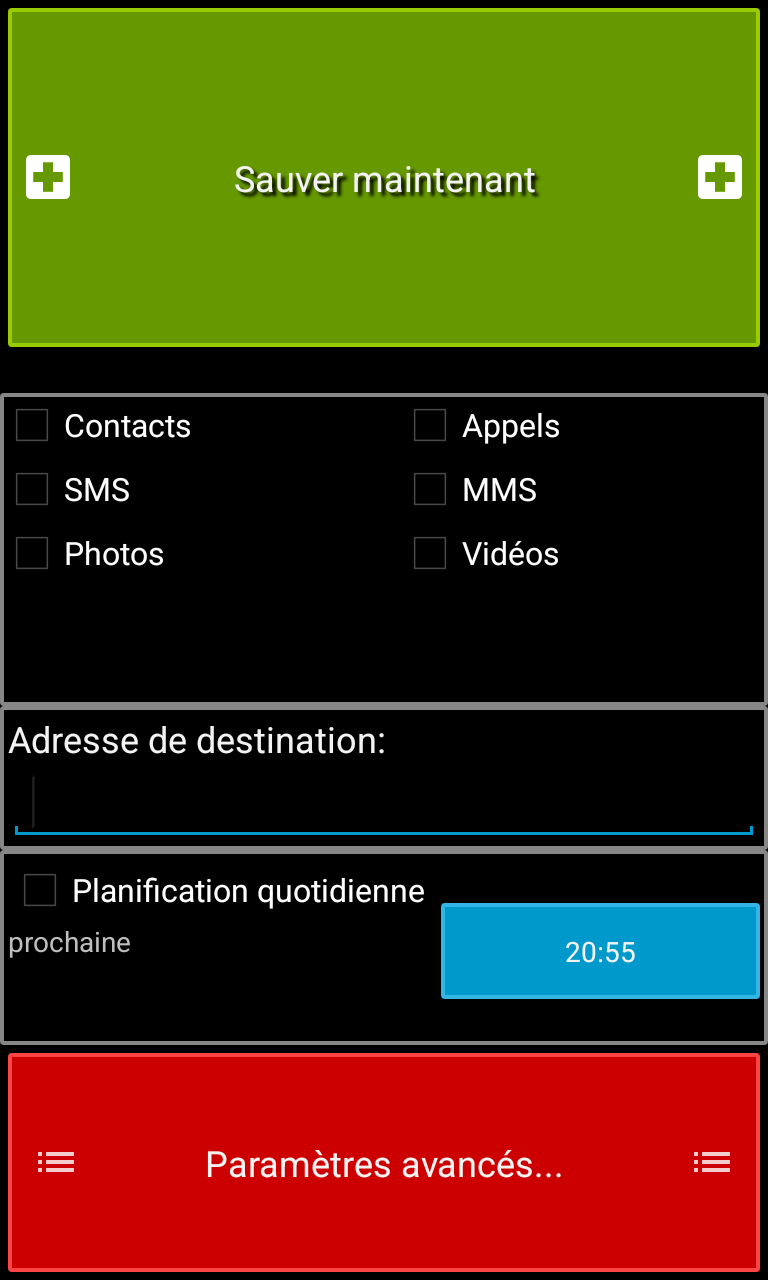
Repository: lu1u/Android
Layout: Sauvegarde/res/layout/activity_main.xml
These files come from the project's save history. The layout is drawn as it stood at one moment and after the next save; the edit follows.
It is drawn on a 768 x 1280 px phone screen (xhdpi) without system bars, with theme android:Theme.Holo; the app's code is not run.

Above is the layout before, as saved 2015-10-30 20:53:07.

### Sauvegarde/res/layout/activity_main.xml
<?xml version="1.0" encoding="utf-8"?>
            <LinearLayout xmlns:android="http://schemas.android.com/apk/res/android"
                android:layout_width="fill_parent"
                android:layout_height="fill_parent"
                android:layout_gravity="center_vertical|center_horizontal"
                android:animateLayoutChanges="true"
                android:baselineAligned="false"
                android:dividerPadding="8dp"
                android:gravity="fill_vertical|fill_horizontal"
                android:orientation="vertical" >

            <Button
                android:id="@+id/buttonSaveNow"
                android:layout_width="fill_parent"
                android:layout_height="wrap_content"
                android:layout_margin="4dp"
                android:layout_weight="0.4"
                android:background="@drawable/buttonshape_vert"
                android:drawableLeft="@drawable/ic_stat_sauvegarde"
                android:drawablePadding="4dp"
                android:drawableRight="@drawable/ic_stat_sauvegarde"
                android:onClick="onClickSaveNow"
                android:padding="8dp"
                android:shadowColor="#000"
                android:shadowDx="4"
                android:shadowDy="4"
                android:shadowRadius="2"
                android:text="@string/btn_sauver_maintenant" />

            <TextView
                android:id="@+id/textViewDerniereSauvegarde"
                android:layout_width="wrap_content"
                android:layout_height="wrap_content"
                android:ellipsize="marquee"
                android:text=" " />

            <TableLayout
                android:layout_width="match_parent"
                android:layout_height="wrap_content"
                android:layout_weight="0.2"
                android:background="@drawable/background" >

                <TableRow
                    android:id="@+id/tableRow1"
                    android:layout_width="wrap_content"
                    android:layout_height="wrap_content"
                    android:layout_gravity="fill" >

                    <CheckBox
                        android:id="@+id/checkBoxContacts"
                        android:layout_width="wrap_content"
                        android:layout_height="wrap_content"
                        android:layout_weight="0.5"
                        android:text="Contacts" />

                    <CheckBox
                        android:id="@+id/checkBoxJournalTelephone"
                        android:layout_width="wrap_content"
                        android:layout_height="wrap_content"
                        android:layout_weight="0.5"
                        android:text="Appels" />

                </TableRow>

                <TableRow
                    android:id="@+id/tableRow2"
                    android:layout_width="fill_parent"
                    android:layout_height="wrap_content"
                    android:layout_gravity="fill"
                    android:showDividers="middle" >

                    <CheckBox
                        android:id="@+id/checkBoxSMS"
                        android:layout_width="wrap_content"
                        android:layout_height="wrap_content"
                        android:layout_weight="0.5"
                        android:longClickable="true"
                        android:text="SMS" />

                    <CheckBox
                        android:id="@+id/checkBoxMMS"
                        android:layout_width="wrap_content"
                        android:layout_height="wrap_content"
                        android:layout_weight="0.5"
                        android:longClickable="true"
                        android:text="MMS" />

                </TableRow>

                <TableRow
                    android:id="@+id/tableRow3"
                    android:layout_width="fill_parent"
                    android:layout_height="wrap_content" >

                    <CheckBox
                        android:id="@+id/checkBoxPhotos"
                        android:layout_width="wrap_content"
                        android:layout_height="wrap_content"
                        android:longClickable="true"
                        android:layout_weight="0.5"
                        android:text="Photos" />

                    <CheckBox
                        android:id="@+id/checkBoxVideo"
                        android:layout_width="wrap_content"
                        android:layout_height="wrap_content"
                        android:longClickable="true"
                        android:layout_weight="0.5"
                        android:text="Vidéos" />

                </TableRow>
            </TableLayout>

            <LinearLayout
                android:layout_width="match_parent"
                android:layout_height="wrap_content"
                android:background="@drawable/background"
                android:orientation="vertical"
                android:padding="4dp" >

                <TextView
                    android:id="@+id/textViewNotification"
                    android:layout_width="wrap_content"
                    android:layout_height="wrap_content"
                    android:hint="(l&apos;adresse ou seront envoyés les mails)"
                    android:text="Adresse de destination:"
                    android:textAppearance="?android:attr/textAppearanceMedium" />

                <AutoCompleteTextView
                    android:id="@+id/editTextDestAddress"
                    android:layout_width="match_parent"
                    android:layout_height="wrap_content"
                    android:ems="10"
                    android:inputType="textEmailAddress" >

                    <requestFocus />
                </AutoCompleteTextView>
            </LinearLayout>

            <LinearLayout
                android:layout_width="match_parent"
                android:layout_height="wrap_content"
                android:layout_gravity="center_vertical|fill_horizontal"
                android:layout_weight="0.15"
                android:background="@drawable/background"
                android:gravity="center_vertical"
                android:orientation="horizontal"
                android:paddingLeft="4dp"
                android:paddingRight="4dp"
                android:paddingTop="4dp" >

                <LinearLayout
                    android:layout_width="wrap_content"
                    android:layout_height="fill_parent"
                    android:orientation="vertical" >

                    <CheckBox
                        android:id="@+id/checkBoxSauvegardeAuto"
                        android:layout_width="wrap_content"
                        android:layout_height="wrap_content"
                        android:onClick="onClickSauvegardeAuto"
                        android:text="Planification quotidienne" />

                    <TextView
                        android:id="@+id/textViewProchaineSauvegarde"
                        android:layout_width="wrap_content"
                        android:layout_height="wrap_content"
                        android:ellipsize="marquee"
                        android:text="prochaine"
                        android:textAppearance="?android:attr/textAppearanceSmall" />

                </LinearLayout>

                <Button
                    android:id="@+id/buttonHeure"
                    style="?android:attr/buttonStyleSmall"
                    android:layout_width="fill_parent"
                    android:layout_height="wrap_content"
                    android:layout_marginLeft="8dp"
                    android:background="@drawable/buttonshape_bleu"
                    android:minWidth="96dp"
                    android:onClick="onClickHeureSauvegarde"
                    android:text="20:55" />

            </LinearLayout>

            <LinearLayout
                android:layout_width="match_parent"
                android:layout_height="wrap_content"
                android:layout_weight="0.2"
                android:orientation="vertical" >

                <Button
                    android:id="@+id/button2"
                    android:layout_width="fill_parent"
                    android:layout_height="wrap_content"
                    android:layout_margin="4dp"
                    android:layout_weight="0.2"
                    android:background="@drawable/buttonshape_rouge"
                    android:drawableLeft="@drawable/ic_action_avances"
                    android:drawablePadding="4dp"
                    android:drawableRight="@drawable/ic_action_avances"
                    android:minHeight="32dp"
                    android:onClick="onClickParametresAvances"
                    android:padding="8dp"
                    android:text="Paramètres avancés..." />

            </LinearLayout>

        </LinearLayout>

### Sauvegarde/res/drawable/buttonshape_vert.xml
<?xml version="1.0" encoding="utf-8"?>
<shape xmlns:android="http://schemas.android.com/apk/res/android" android:shape="rectangle" >
    <corners android:radius="1dp" />

    <solid android:color="@color/vertfonce" />

    <padding
        android:bottom="0dp"
        android:left="0dp"
        android:right="0dp"
        android:top="0dp" />


    <stroke
        android:width="2dp"
        android:color="@color/vertclair" />
</shape>

### Sauvegarde/res/values/strings.xml
<?xml version="1.0" encoding="utf-8"?>
<resources>

    <string name="app_name">Sauvegarde</string>
    <string name="non_connecte_wifi">Non connecté au WIFI: sauvegarde annulée</string>

    <string name="compte_mail_envoi">Compte mail pour l\'envoi</string>
    <string name="infos_compte_incorrectes">Informations de compte incorrectes</string>
    <string name="debut_sauvegarde">Début de la sauvegarde</string>
    <string name="sauvegarde_terminee">Sauvegarde terminée</string>
    <string name="sauvegarde_contacts">Contacts</string>
    <string name="sauve_sms">Messages SMS</string>
    <string name="sauve_mms">Messages MMS</string>
   <string name="sauve_appels">Messages appels téléphoniques</string>
    <string name="sauve_photos">Photos</string>
    <string name="sauve_videos">Vidéos</string>
    <string name="sauvegarde_auto_desactivee">Sauvegarde automatique désactivée</string>
    <string name="sauvegarde_auto_programmee">Prochaine sauvegarde: %s</string>
    <string name="pas_de_nouveau_contact">Pas de nouveau contact à sauvegarder</string>
    <string name="pas_de_nouveau_sms">Pas de nouveau SMS à sauvegarder</string>
     <string name="pas_de_nouveau_appel">Pas de nouveau appel à sauvegarder</string>
    <string name="pas_de_nouveau_mms">Pas de nouveau MMS à sauvegarder</string>
    <string name="pas_de_nouvelle_photo">Pas de nouvelle photo à sauvegarder</string>
    <string name="pas_de_nouvelle_video">Pas de nouveau vidéo à sauvegarder</string>
    <string name="sauvegarde_ignoree_contact">La sauvegarde des contacts est ignorée</string>
    <string name="sauvegarde_ignoree_appels">La sauvegarde des appels est ignorée</string>
    <string name="sauvegarde_ignoree_sms">La sauvegarde des SMS est ignorée</string>
    <string name="sauvegarde_ignoree_mms">La sauvegarde des MMS est ignorée</string>
    <string name="sauvegarde_ignoree_photos">La sauvegarde des photos est ignorée</string>
    <string name="sauvegarde_ignoree_videos">La sauvegarde des vidéos est ignorée</string>
    <string name="sauvegardes_contact">%d contacts sauvegardés</string>
    <string name="sauvegardes_sms">%d SMS sauvegardés</string>
    <string name="sauvegardes_mms">%d MMS sauvegardés</string>
    <string name="sauvegardes_appels">%d appels sauvegardés</string>
    <string name="sauvegardes_photos">%d photos sauvegardées</string>
    <string name="sauvegardes_videos">%d vidéos sauvegardées</string>
    <string name="sauvegarde_annulee">Sauvegarde annulée</string>
    <string name="sauvegarde_en_cours_contact">Sauvegarde du contact %1$d / %2$d</string>
    <string name="sauvegarde_en_cours_sms">Sauvegarde du message %1$d / %2$d</string>
    <string name="sauvegarde_en_cours_mms">Sauvegarde du message %1$d / %2$d</string>
    <string name="sauvegarde_en_cours_appels">Sauvegarde de l\'appel %1$d / %2$d</string>
    <string name="sauvegarde_en_cours_photo">Sauvegarde de la photo %1$d / %2$d</string>
    <string name="sauvegarde_en_cours_video">Sauvegarde de la vidéo %1$d / %2$d</string>
	<string name="sujet_contact">[Sauvegarde Auto] Contacts</string>
	<string name="sujet_sms_recu">[Sauvegarde Auto] SMS reçu de %s</string>
	<string name="sujet_sms_envoye">[Sauvegarde Auto] SMS envoyé à %s</string>
	<string name="sujet_sms_inconnu">[Sauvegarde Auto] SMS %s</string>
	<string name="sujet_mms_inconnu">[Sauvegarde Auto] MMS %s</string>
	<string name="sujet_photo">[Sauvegarde Auto] Photo %1$s, %2$s</string>
	<string name="sujet_video">[Sauvegarde Auto] Vidéo %s</string>
	<string name="message_fin_mail">\nCe mail vous a été envoyé par l\'application android Sauvegarde.\n&#169;Lucien Pilloni 2015</string>
	<string name="envoi_contacts">Envoi du mail des contacts&#8230;</string>
	<string name="mms_addresse">Adresse: %s\n</string>
	<string name="mms_date">Date: %s\n</string>
	<string name="mms_filename">MMS_Part_%1$s.%2$s</string>
	<string name="mail_nom_photo">Nom %s\n</string>
	<string name="mail_nom_video">Nom %s\n</string>

	<string name="mail_description_photo">Description %s\n</string>
	<string name="mail_description_video">Description %s\n</string>

	<string name="mail_date_taken_photo">Date de prise de vue %s\n</string>
	<string name="mail_date_taken_video">Date de prise de vue %s\n</string>

	<string name="mail_date_added_photo">Date d\'ajout %s\n</string>
	<string name="mail_date_added_video">Date d\'ajout %s\n</string>

	<string name="mail_date_modified_photo">Date de modification %s\n</string>
	<string name="mail_date_modified_video">Date de modification %s\n</string>

	<string name="sms_body">Date: %1$s\n%2$s\n%3$s</string>


	<string name="btn_annuler">Annuler sauvegarde</string>
	<string name="btn_sauver_maintenant">Sauver maintenant</string>

	<string name="derniere_sauvegarde">Dernière sauvegarde: %s</string>

	<string name="reinit_dates">Toutes les dates de sauvegarde ont été réinitialisées.</string>
	<string name="reinit_params">Tous les parametres ont été remis à leurs par défaut.</string>

	<string name="sujet_calllog_incoming">[Sauvegarde Auto] Appel entrant de %s</string>
	<string name="sujet_calllog_outgoing">[Sauvegarde Auto] Appel sortant à %s</string>
	<string name="sujet_calllog_unkown">[Sauvegarde Auto] Appel %s</string>
	<string name="appel_body">%1$s\nDate: %2$s\nDurée: %3$s\n%4$s</string>
	<string name="duration">%1$02dh %2$02dm %3$02ds</string>
</resources>

### Sauvegarde/res/drawable/background.xml
<?xml version="1.0" encoding="utf-8"?>
 <shape xmlns:android="http://schemas.android.com/apk/res/android" android:shape="rectangle" >
<corners
android:radius="1dp"
/>

<padding
android:left="0dp"
android:top="0dp"
android:right="0dp"
android:bottom="0dp"
/>
<stroke
android:width="2dp"
android:color="#878787"
/>
</shape>

### Sauvegarde/res/drawable/buttonshape_bleu.xml
<?xml version="1.0" encoding="utf-8"?>
<shape xmlns:android="http://schemas.android.com/apk/res/android"
    android:shape="rectangle" >

    <corners android:radius="1dp" />

    <solid android:color="@color/bleufonce" />

    <padding
        android:bottom="0dp"
        android:left="0dp"
        android:right="0dp"
        android:top="0dp" />


    <stroke
        android:width="2dp"
        android:color="@color/bleuclair" />

</shape>

### Sauvegarde/res/drawable/buttonshape_rouge.xml
<?xml version="1.0" encoding="utf-8"?>
<shape xmlns:android="http://schemas.android.com/apk/res/android" android:shape="rectangle" >
    <corners android:radius="1dp" />

    <solid android:color="@color/rougefonce" />

    <padding
        android:bottom="0dp"
        android:left="0dp"
        android:right="0dp"
        android:top="0dp" />


    <stroke
        android:width="2dp"
        android:color="@color/rougeclair" />
</shape>

### Sauvegarde/res/values/colors.xml
<?xml version="1.0" encoding="utf-8"?>
<!-- Copyright (C) 2007 The Android Open Source Project

     Licensed under the Apache License, Version 2.0 (the "License");
     you may not use this file except in compliance with the License.
     You may obtain a copy of the License at

          http://www.apache.org/licenses/LICENSE-2.0

     Unless required by applicable law or agreed to in writing, software
     distributed under the License is distributed on an "AS IS" BASIS,
     WITHOUT WARRANTIES OR CONDITIONS OF ANY KIND, either express or implied.
     See the License for the specific language governing permissions and
     limitations under the License.
-->

<resources>


	<color name="bleuclair">#33B5E5</color>
    <color name="violetclair">#AA66CC</color>
    <color name="vertclair">#99CC00</color>
    <color name="jauneclair">#FFBB33</color>
    <color name="rougeclair">#FF4444</color>

    <color name="bleufonce">#0099CC</color>
    <color name="violetfonce">#9933CC</color>
    <color name="vertfonce">#669900</color>
    <color name="jaunefonce">#FF8800</color>
    <color name="rougefonce">#CC0000</color>

   <color name="blanc">#FFFFFF</color>

</resources>

After the next save:
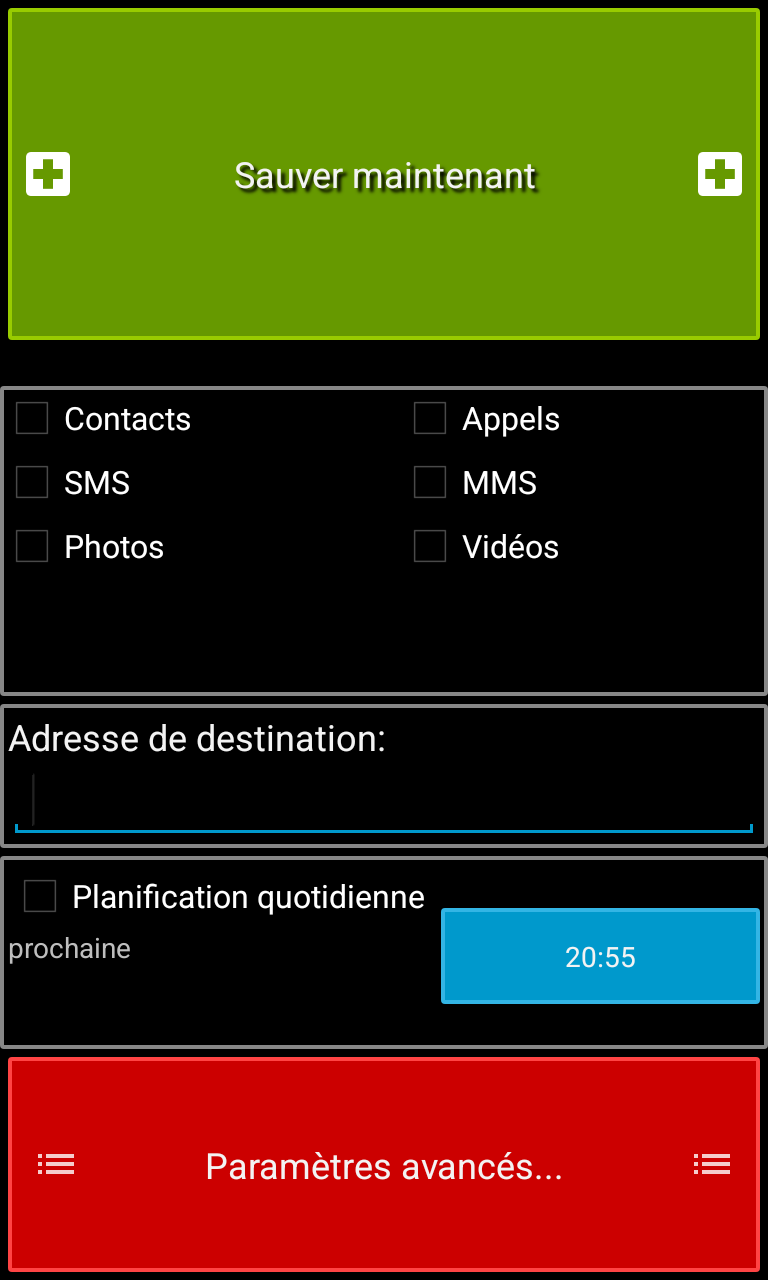
Saved 15 s later.
--- a/Sauvegarde/res/layout/activity_main.xml
+++ b/Sauvegarde/res/layout/activity_main.xml
@@ -114,6 +114,7 @@
             <LinearLayout
                 android:layout_width="match_parent"
                 android:layout_height="wrap_content"
+                android:layout_marginTop="4dp"
                 android:background="@drawable/background"
                 android:orientation="vertical"
                 android:padding="4dp" >
@@ -141,6 +142,7 @@
                 android:layout_width="match_parent"
                 android:layout_height="wrap_content"
                 android:layout_gravity="center_vertical|fill_horizontal"
+                android:layout_marginTop="4dp"
                 android:layout_weight="0.15"
                 android:background="@drawable/background"
                 android:gravity="center_vertical"
